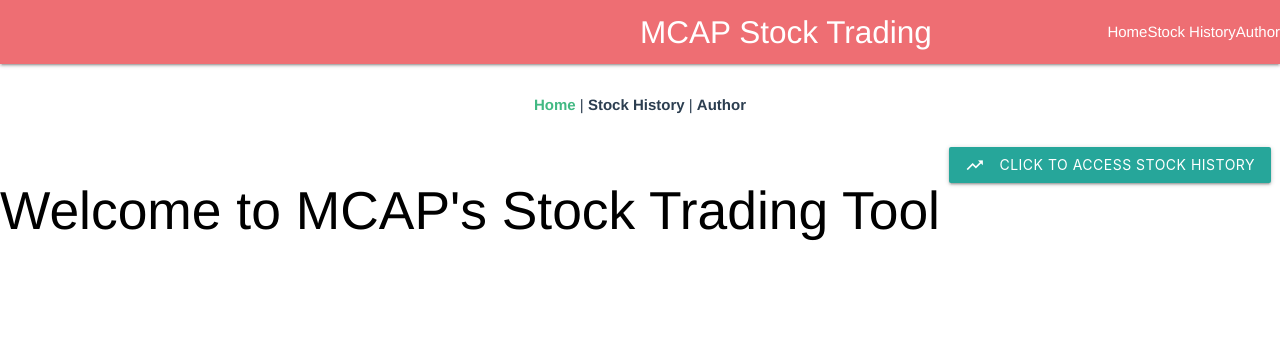
Repository: pandyarudra/stock-symbol-app
Page: /
The author's editor kept a copy of each file at every save. The page is drawn from the files as they stood at one save, then again after the next save.
The browser window is 1280 px wide. The pictures show the whole page.
The project was rebuilt for these pictures with package versions that can differ from the ones it lists, and the page was loaded fresh each time.

Above is the page before, as saved 2020-09-14 22:15:20.

### public/index.html
<!DOCTYPE html>
<html lang="en">
  <head>
    <meta charset="utf-8">
    <meta http-equiv="X-UA-Compatible" content="IE=edge">
    <meta name="viewport" content="width=device-width,initial-scale=1.0">
    <link href="https://fonts.googleapis.com/icon?family=Material+Icons" rel="stylesheet">

    <link rel="icon" href="<%= BASE_URL %>favicon.ico">
    <title><%= htmlWebpackPlugin.options.title %></title>
  </head>
  <body>
    <noscript>
      <strong>We're sorry but <%= htmlWebpackPlugin.options.title %> doesn't work properly without JavaScript enabled. Please enable it to continue.</strong>
    </noscript>
    <div id="app"></div>
    <!-- built files will be auto injected -->
  </body>
</html>

### src/main.js
import Vue from 'vue';
import App from './App.vue';
import router from './router';
import 'materialize-css';
import 'materialize-css/dist/css/materialize.min.css';

Vue.config.productionTip = false;

new Vue({
  router,
  render: h => h(App)
}).$mount('#app');

### src/App.vue
<template>
  <div id="app">
    <TopNav />
    <div id="nav">
      <router-link to="/">Home</router-link> |
      <router-link to="/stockHistory">Stock History</router-link> |
      <router-link to="/about">Author</router-link>
    </div>
    <router-view/>
  </div>
</template>


<script>
import M from 'materialize-css';
import TopNav from '@/components/TopNav.vue'

export default {
  mounted() {
    M.AutoInit();
  },
  components: {
    TopNav
  }
}
</script>

<style lang="scss">

  // $primary-color: color("materialize-red", "lighten-2") !default;
  // $primary-color-light: false !default;
  // $primary-color-dark: false !default;
  // @if not $primary-color-light {
  //   $primary-color-light: lighten($primary-color, 15%);
  // }
  // @if not $primary-color-dark {
  //   $primary-color-dark: darken($primary-color, 15%);
  // }
  // $secondary-color: color("teal", "lighten-1") !default;
  // $success-color: color("green", "base") !default;
  // $error-color: color("red", "base") !default;
  // $link-color: color("light-blue", "darken-1") !default;

#app {

  font-family: Avenir, Helvetica, Arial, sans-serif;
  -webkit-font-smoothing: antialiased;
  -moz-osx-font-smoothing: grayscale;
  text-align: center;
  color: #2c3e50;
}

#nav {
  padding: 30px;

  a {
    font-weight: bold;
    color: #2c3e50;

    &.router-link-exact-active {
      color: #42b983;
    }
  }
}
</style>

### src/router/index.js
import Vue from 'vue'
import VueRouter from 'vue-router'

Vue.use(VueRouter)

const routes = [
  {
    path: '/',
    name: 'WelcomePage',
    component: () => import(/* webpackChunkName: "about" */ '../views/WelcomePage.vue')
  },
  {
    path: '/about',
    name: 'About',
    // route level code-splitting
    // this generates a separate chunk (about.[hash].js) for this route
    // which is lazy-loaded when the route is visited.
    component: () => import(/* webpackChunkName: "about" */ '../views/About.vue')
  }
]

const router = new VueRouter({
  routes
})

export default router

### src/components/TopNav.vue
<template>
     <nav>
    <div class="nav-wrapper">
      <a href="#" class="brand-logo">MCAP Stock Trading</a>
      <ul id="nav-mobile" class="right hide-on-med-and-down">
        <router-link to="/" tag="li">Home</router-link>
        <router-link to="/stockHistory" tag="li">Stock History</router-link>
        <router-link to="/author" tag="li">Author</router-link>
        <!-- <router-link to="/foo" tag="li">Rudra</router-link> -->

      </ul>
    </div>
  </nav>
</template>

### src/views/WelcomePage.vue
<template>
<div class="col">
    <h2 class="left">Welcome to MCAP's Stock Trading Tool
    </h2>
    <button class="btn waves-effect waves-light"><i class="material-icons left">trending_up</i>Click to Access Stock History</button>
</div>
</template>


<script>
export default {
  name: 'WelcomePage',
  props: {
    msg: String
  }
}
</script>

<!-- Add "scoped" attribute to limit CSS to this component only -->
<style scoped lang="scss">
  div {
      color: black;
      text-align: center;
  }
</style>

After the next save:
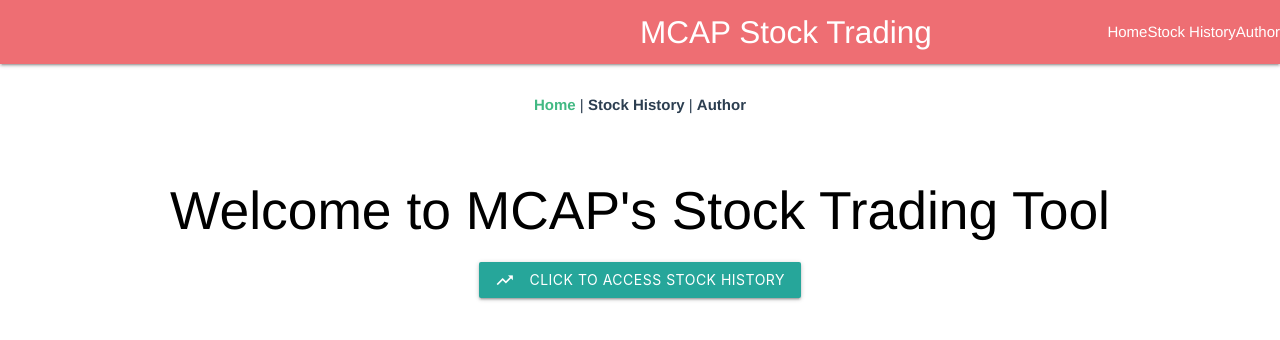
Saved 66 s later.
--- a/src/views/WelcomePage.vue
+++ b/src/views/WelcomePage.vue
@@ -1,6 +1,6 @@
 <template>
-<div class="col">
-    <h2 class="left">Welcome to MCAP's Stock Trading Tool
+<div class="row">
+    <h2 class="left col s12">Welcome to MCAP's Stock Trading Tool
     </h2>
     <button class="btn waves-effect waves-light"><i class="material-icons left">trending_up</i>Click to Access Stock History</button>
 </div>
